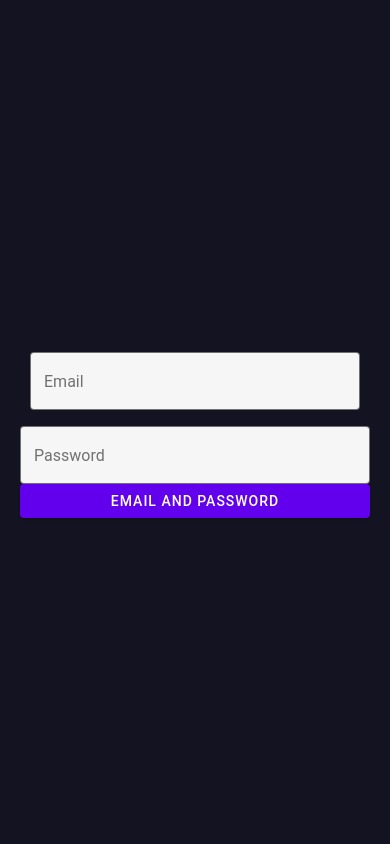
Repository: pascalgrim/GymTracker
Screen: /
These files come from the project's save history. The screen is drawn as it stood at one moment and after the next save; the edit follows.
The app was drawn by React Native's web renderer in a window 390 px wide. The project was rebuilt for these pictures with package versions that can differ from the ones it lists, and the page was loaded fresh each time. Also part of the build but not shown: components/menuCard.js, components/Dashboard.js, firebase.js, context/AuthContext.js.

Above is the screen before, as saved 2021-11-05 19:59:04.

### App.js
import { StatusBar } from "expo-status-bar";
import React from "react";
import {
  Button,
  StyleSheet,
  Text,
  View,
  TouchableOpacity,
  Image,
  SafeAreaView,
} from "react-native";
import MenuCard from "./components/menuCard";

// LOGOS
import mainLogo from "./imgs/mainLogo.png";
import SettingsIcon from "./imgs/mainSettings.png";

// ICONS FOR CARDS
import IconSessions from "./imgs/schreibe-brief.png";
import Dashboard from "./components/Dashboard";
import Signup from "./components/Signup";

export default function App() {
  return (
    <View style={styles.container}>
      {/* <Dashboard/> */}
      <Signup/>

      <StatusBar style="auto" />
    </View>
  );
}

const styles = StyleSheet.create({
  container: {
    flex: 1,
    backgroundColor: "#131321",
    paddingLeft: 20,
    paddingRight: 20,
    paddingTop: 30,
    paddingBottom: 20,
  },
});

### components/Signup.js
import React from 'react'
import {Card, Button,TextInput,Appbar} from 'react-native-paper';
import { View,StyleSheet } from 'react-native';
import { useRef ,useState} from 'react'
import { Link,Route,BrowserRouter as Router,Routes } from 'react-router-dom';
// import Button from '@mui/material/Button';
import {useAuth} from "../context/AuthContext"

export default function Signup() {
    const emailRef = useRef()
    const passwordRef = useRef()
    const passwordConfirmRef = useRef()
    const signup = useAuth()
    const [error,setError] = useState("")
    const [loading,setLoading] = useState(false)

    async function handleSubmit(e){
        e.preventDefault()
        console.log((passwordRef.current.value).length)

        if (passwordRef.current.value !== passwordConfirmRef.current.value){
            return setError("Passwords do not match.")
        }
        else if ((passwordRef.current.value).length < 6){
            return setError("Passwords must have at least 6 characters.")
        }
        try{
            setError("")
            setLoading(true)
            await signup(emailRef.current.value,passwordRef.current.value)
            history.push("/")
        }catch{
            setError("Failed to create an Account.")
        }
        setLoading(false)


    }
    return (
        <View style={styles.container}>
            <TextInput label="Email" mode="outlined" style={styles.textInput}/>
            <TextInput label="Password" mode="outlined" secureTextEntry={true}/>
            <Button dark={true} mode="contained" onPress={handleSubmit}>Email And Password</Button>
        </View>

    )
}

const styles = StyleSheet.create({
    container: {
        flex:1,
        justifyContent:"center",
    },
    textInput:{
        margin:10,
    }
  });

After the next save:
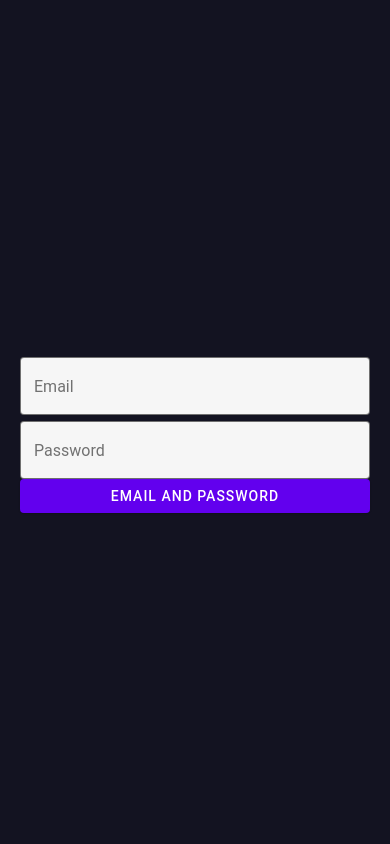
Saved 9 s later.
--- a/components/Signup.js
+++ b/components/Signup.js
@@ -52,6 +52,6 @@ const styles = StyleSheet.create({
         justifyContent:"center",
     },
     textInput:{
-        margin:10,
+        marginTop:10,
     }
   });
